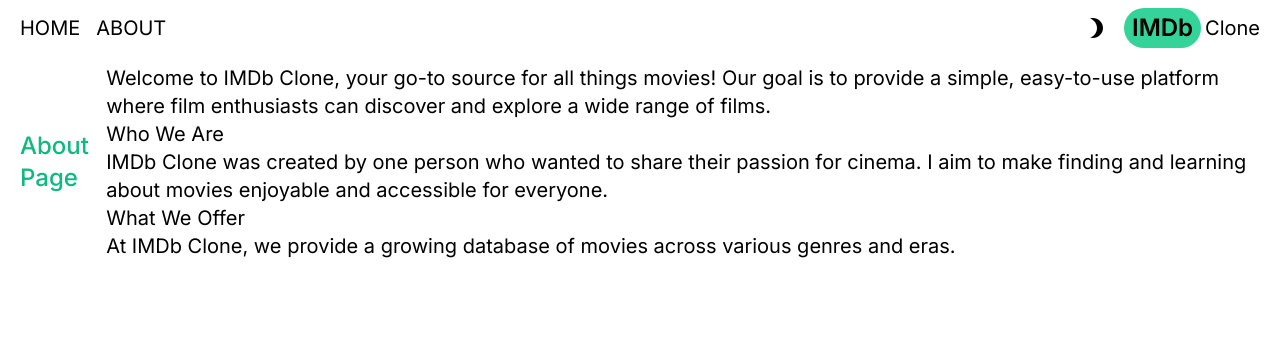
Repository: Tan28-art/Next-JS-Movie-Site
Page: /about (app in starter/)
The author's editor kept a copy of each file at every save. The page is drawn from the files as they stood at one save, then again after a run of saves.
The browser window is 1280 px wide. The pictures show the whole page.
The project was rebuilt for these pictures with package versions that can differ from the ones it lists, and the page was loaded fresh each time. The framework's server and built-in components were replaced by stand-ins that run in the browser. Also part of the build but not shown: starter/next.config.mjs.

Above is the page before, as saved 2024-07-23 17:57:10.

### starter/app/layout.tsx
import type { Metadata } from "next";
import { Inter } from "next/font/google";
import "./globals.css";
import Header from "@/components/Header";
import MenuItem from "@/components/MenuItem";
import Providers from "./Providers";


const inter = Inter({ subsets: ["latin"] });

export const metadata: Metadata = {
  title: "Movie App",
  description: "Movie Search App",
};

export default function RootLayout({
  children,
}: Readonly<{
  children: React.ReactNode;
}>) {
  return (
    <html lang="en">
      <body className={inter.className}>
        <Providers>
          <Header />
          {children}
        </Providers>
      </body>
    </html>
  );
}

### starter/app/about/page.tsx
import React from "react";

export default function page() {
  return (
    <div className="flex items-center p-2 px-5 mx-auto">
      <h1 className="text-2xl font-medium text-emerald-500">About Page</h1>
      <div className = "text-xl">
          <p>
            Welcome to IMDb Clone, your go-to source for all things movies! Our goal
            is to provide a simple, easy-to-use platform where film enthusiasts can
            discover and explore a wide range of films.
          </p>
          <p>Who We Are</p>
          <p>
            IMDb Clone was created by one person who wanted to share their passion
            for cinema. I aim to make finding and learning about movies enjoyable
            and accessible for everyone.
          </p>
          <p>What We Offer</p>
          <p>
            At IMDb Clone, we provide a growing database of movies across various
            genres and eras.
          </p>
      </div>
    </div>
  );
}

### starter/components/Header.tsx
import React from "react";
import MenuItem from "./MenuItem";
import { TiHome } from "react-icons/ti";
import { TiInfoLarge } from "react-icons/ti";
import Link from "next/link";
import DarkModeSwitch from "./DarkModeSwitch";

export default function Header() {
  return (
    <div className="flex justify-between items-center p-2 px-5 mx-auto">
      <div className="flex gap-4">
        <MenuItem title="Home" Icon={TiHome} address="/" />
        <MenuItem title="About" Icon={TiInfoLarge} address="/about" />
      </div>

      {/* right side of header */}
      <div className="flex items-center gap-4">
        <div className="text-2xl">
          <DarkModeSwitch />
        </div>
        <Link href="/" className="flex gap-1 items-center">
          <span className="text-2xl font-semibold bg-emerald-400 py-1 px-2 rounded-3xl">
            IMDb
          </span>
          <span className="text-xl hidden sm:inline">Clone</span>
        </Link>
      </div>
    </div>
  );
}

### starter/app/Providers.tsx
"use client";
import React from "react";
import { ThemeProvider } from "next-themes";

export default function Providers({ children }: { children: React.ReactNode }) {
    return (
      <ThemeProvider defaultTheme="system" attribute="class">
        <div>{children}</div>
      </ThemeProvider>
    );
  }

### starter/components/MenuItem.tsx
import Link from 'next/link';
import React from 'react'

interface MenuItemProps {
    title: string;
    Icon: any;
    address: string;
  }


export default function MenuItem({ title, Icon, address }: MenuItemProps) {

  if (!address) {
    console.error(`MenuItem component expects a valid 'address' prop, but got '${address}'`);
    return null;
  }

  return (
    <Link href={address} className = 'hover:text-emerald-500'>
      <Icon className = 'text-3xl sm:hidden' />
      <p className = 'uppercase hidden sm:inline text-xl'>{title}</p>
    </Link>
  )
}

### starter/components/DarkModeSwitch.tsx
"use client";

import { MdBrightness3, MdBrightness5 } from "react-icons/md"; // dark mode icon
import { useTheme } from "next-themes";
import React, { useEffect } from "react";

// Wrapper component to add className and onClick support
const IconWithProps = ({ IconComponent, className, onClick }: { IconComponent: any; className: string; onClick?: () => void }) => {
  return <IconComponent className={className} onClick={onClick} />;
};

export default function DarkModeSwitch() {
  const { theme, setTheme, systemTheme } = useTheme();
  const currentTheme = theme === "system" ? systemTheme : theme;
  const [mounted, setMounted] = React.useState(false);
  useEffect(() => setMounted(true), []);

  const handleToggleTheme = () => {
    setTheme(currentTheme === "dark" ? "light" : "dark");
  };

  return (
    <div>
      {mounted && (currentTheme === "dark" ? (
        <IconWithProps IconComponent={MdBrightness5} className="cursor-pointer hover:text-emerald-500" onClick={handleToggleTheme} />
      ) : (
        <IconWithProps IconComponent={MdBrightness3} className="cursor-pointer hover:text-emerald-500" onClick={handleToggleTheme} />
      ))}
    </div>
  );
}

Loaded but not shown: starter/app/globals.css (common file); starter/tailwind.config.ts (common file)

After the next 2 saves:
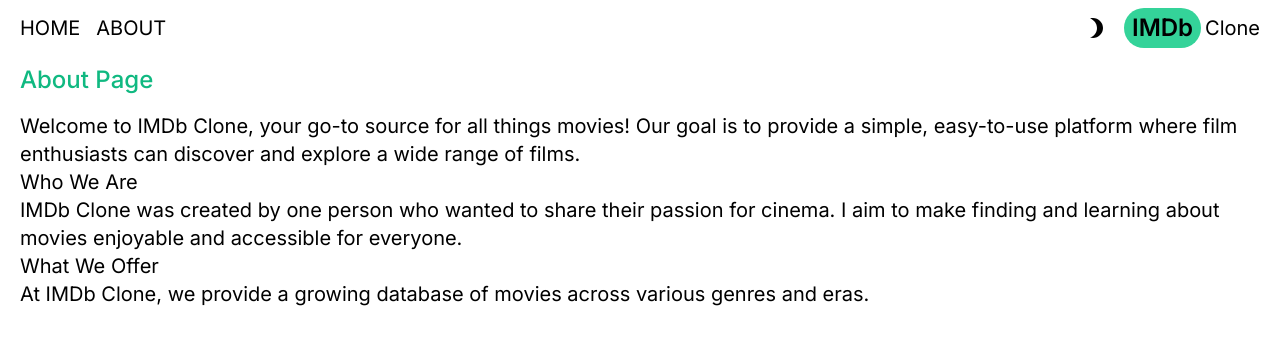
The 2 saves are shown as one change because they came seconds apart.
The last was saved 34 s later.
--- a/starter/app/about/page.tsx
+++ b/starter/app/about/page.tsx
@@ -2,7 +2,7 @@
 
 export default function page() {
   return (
-    <div className="flex items-center p-2 px-5 mx-auto">
+    <div className="space-y-4 p-2 px-5 mx-auto">
       <h1 className="text-2xl font-medium text-emerald-500">About Page</h1>
       <div className = "text-xl">
           <p>
